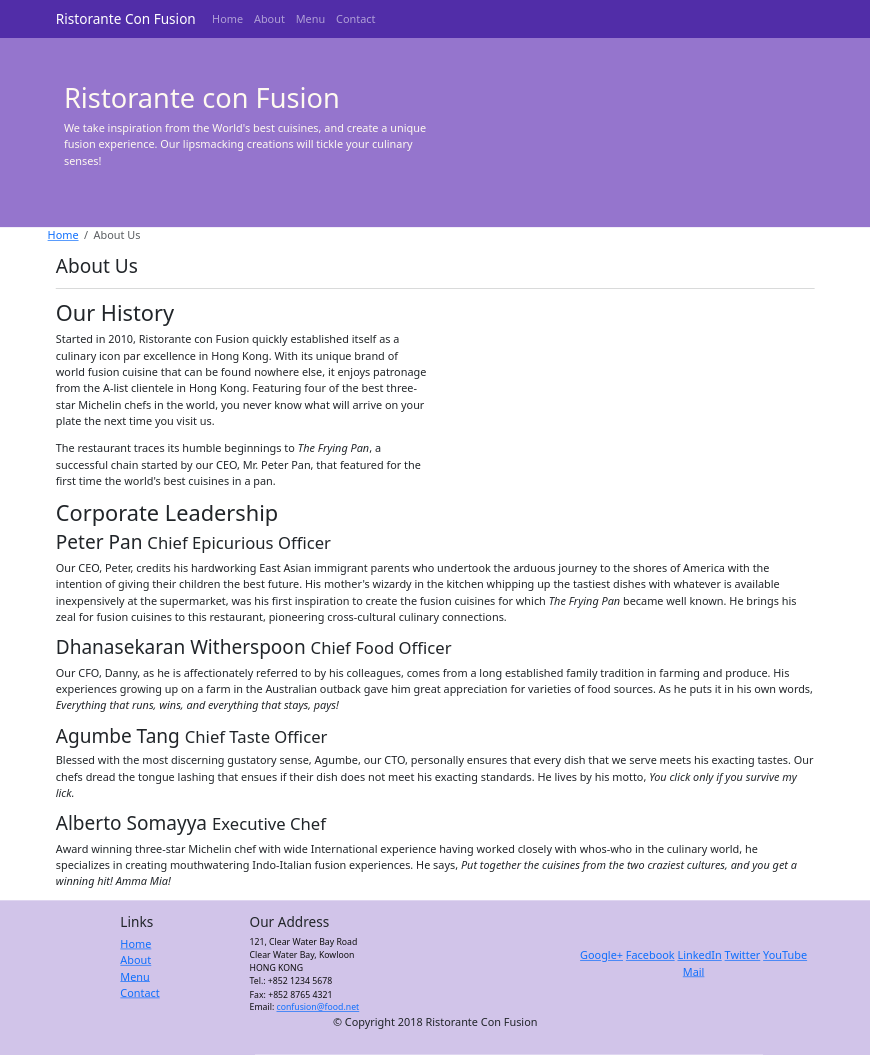
Repository: DungBuiTuan/FER201m
Page: aboutus.html
An editor plug-in stored every save of this project. The page is shown before and after the next save, followed by the edit.
The browser window is 1280 px wide. The pictures show the whole page, at 68% of full size.
Some web libraries are served in a nearby version.

Above is the page before, as saved 2023-05-17 10:15:12.

After the next save:
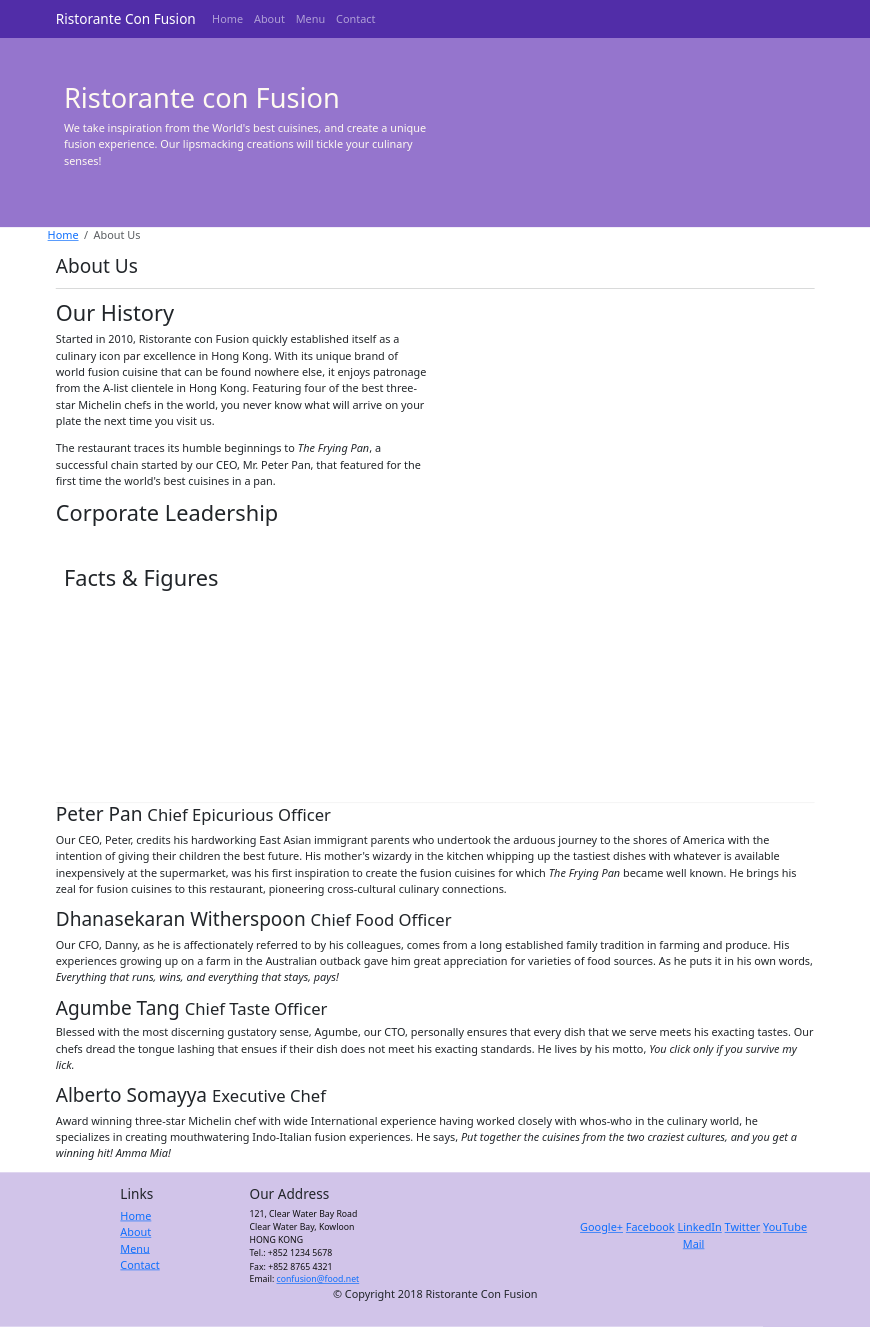
Saved 6 min 31 s later.
--- a/aboutus.html
+++ b/aboutus.html
@@ -72,6 +72,14 @@
                 <div>
                     <div>
                         <h2>Corporate Leadership</h2>
+                        <div class="row row-content">
+                            <div class="col-12 col-sm-9">
+                                <h2>Facts &amp; Figures</h2>
+                            </div>
+                             <div class="col-12 col-sm-3">
+                            </div>
+                       </div>
+
                         <h3>Peter Pan <small>Chief Epicurious Officer</small></h3>
                     </div>
                     <div class="d-none d-sm-block">
